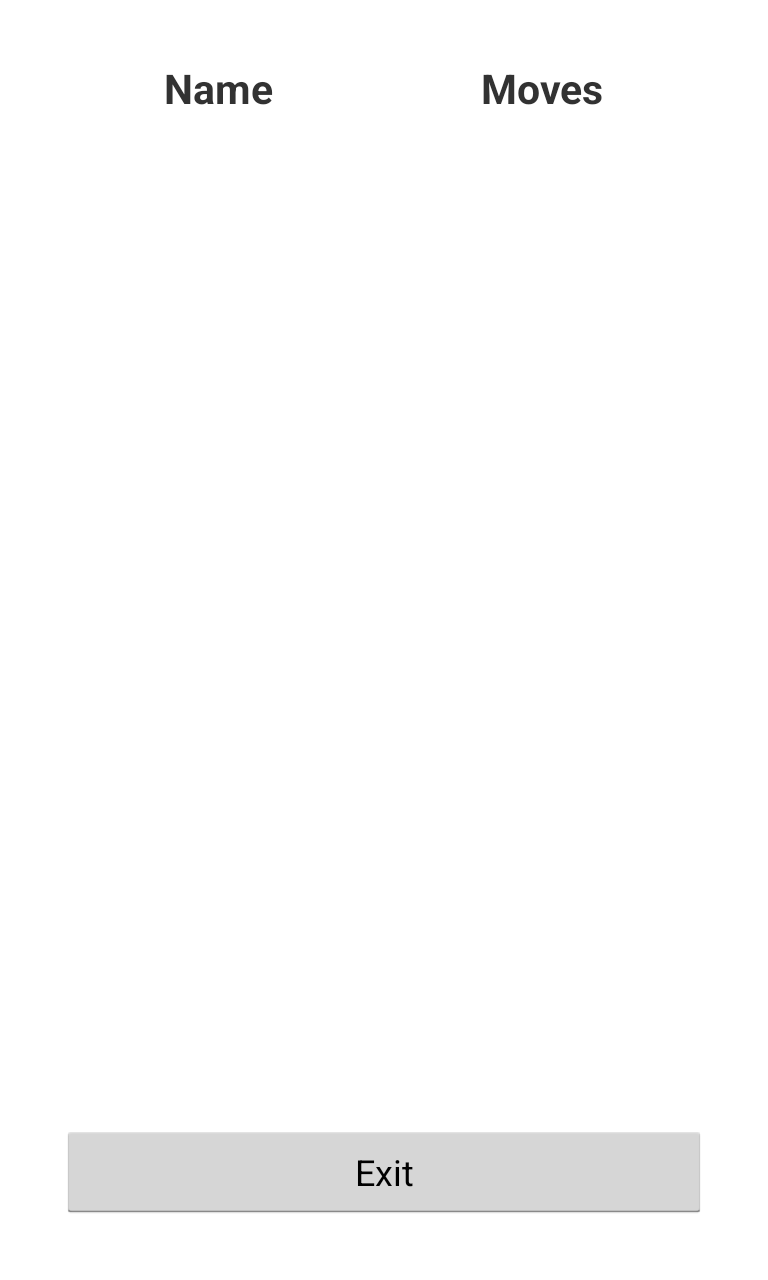
Repository: rickydalziel/project
Layout: Numbersorter/res/layout/activity_leaderboard.xml
The author's editor kept a copy of each file at every save. The layout is drawn from the files as they stood at one save, then again after the next save.
It is drawn on a 768 x 1280 px phone screen (xhdpi) without system bars, with theme AppTheme; the app's code is not run.

Above is the layout before, as saved 2013-03-14 14:12:17.

### Numbersorter/res/layout/activity_leaderboard.xml
<LinearLayout xmlns:android="http://schemas.android.com/apk/res/android"
    xmlns:tools="http://schemas.android.com/tools"
    android:layout_width="match_parent"
    android:layout_height="match_parent"
    tools:context=".LeaderboardActivity"
	android:orientation="vertical"
	android:padding="30dip" >


    <ScrollView
    android:layout_width="fill_parent"
    android:layout_height="fill_parent"
    android:scrollbars="none"
    android:layout_weight="1">
    <TableLayout
        xmlns:android="http://schemas.android.com/apk/res/android"
        android:id="@+id/leaderboard"
        android:layout_width="fill_parent"
        android:layout_height="fill_parent"
        android:stretchColumns="0,1" >

        <TableRow>

            <TextView
                android:id="@+id/name_header"
                android:layout_width="fill_parent"
                android:layout_height="wrap_content"
                android:layout_gravity="center"
                android:text="@string/name"
                android:textSize="20.5sp"
                android:textStyle="bold" />

            <TextView
                android:id="@+id/score_header"
                android:layout_width="fill_parent"
                android:layout_height="wrap_content"
                android:layout_gravity="center"
                android:text="@string/moves"
                android:textSize="20.5sp"
                android:textStyle="bold" />
        </TableRow>
    </TableLayout>
    </ScrollView>

            <Button
            android:id="@+id/leaderboard_exit_button"
            android:layout_width="fill_parent"
            android:layout_height="wrap_content"
            android:layout_gravity="center"
            android:onClick="exitGamePressed"
            android:text="@string/exit_game"

             />

</LinearLayout>

### Numbersorter/res/values/strings.xml
<?xml version="1.0" encoding="utf-8"?>
<resources>

    <!-- Main menu strings -->

    <string name="app_name">Numbersorter</string>
    <string name="main_menu">Main Menu</string>
    <string name="menu_settings">Settings</string>
    <string name="title_activity_main">Number Sorter</string>
    <string name="new_game">New Game</string>
    <string name="continue_game">Continue</string>
    <string name="about">About</string>
    <string name="exit_game">Exit</string>
    <string name="enter">Enter</string>

    <!-- About scree strings -->

    <string name="about_app">About Numbersorter</string>
    <string name="about_text">	    Numbersorter is a program written and desgned by Ricky Dalziel, for his 4th year honours project.
	    The aim of the game is to swipe a mxn grid of numbers into position so that they read from 1 - (m*n).
	</string>
    <string name="hello_world">Hello world!</string>
    <string name="title_activity_about">AboutActivity</string>

    <!-- New game dialog strings -->

    <string name="newgametext">Please select a board width and height</string>
    <string name="height">Height</string>
    <string name="width">Width</string>
    <string name="cancel">Cancel</string>

    <!-- Array options for the dialog box -->

    <string-array name="size_array">
        <item>3</item>
        <item>4</item>
        <item>5</item>
        <item>6</item>
    </string-array>

    <string name="title_activity_game">Game</string>
    <string name="title_activity_unsolve_dialog">Unsolveable?</string>
    <string name="unsolveable">Are you sure this grid is unsolvable? (WARNING -  will end current game)</string>
    <string name="yes">Yes</string>
    <string name="no">No</string>
    <string name="title_activity_unsolve_outcome">UnsolveOutcome</string>
    <string name="title_activity_quit">QuitActivity</string>
    <string name="title_activity_win">WinActivity</string>
    <string name="wintext">Congratulations! You solved the grid! Please enter your name below:</string>
    <string name="enter_name">Enter name</string>


    <string name="title_activity_leaderboard">Leaderboard</string>
    <string name="name">Name</string>
    <string name="moves">Moves</string>

</resources>

Loaded but not shown: Numbersorter/res/values-v11/styles.xml (common file); Numbersorter/res/values-v14/styles.xml (common file); Numbersorter/res/values/styles.xml (common file)

After the next save:
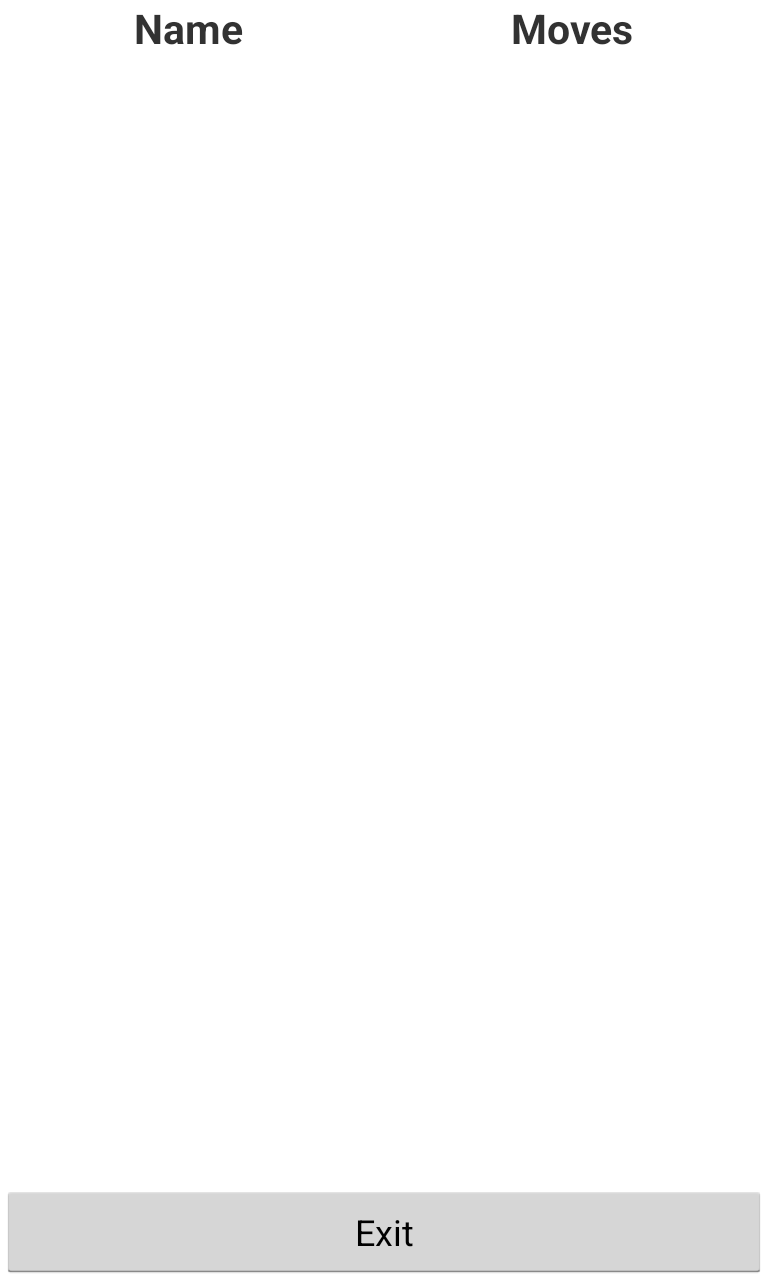
Saved 73 s later.
--- a/Numbersorter/res/layout/activity_leaderboard.xml
+++ b/Numbersorter/res/layout/activity_leaderboard.xml
@@ -3,8 +3,7 @@
     android:layout_width="match_parent"
     android:layout_height="match_parent"
     tools:context=".LeaderboardActivity"
-	android:orientation="vertical"
-	android:padding="30dip" >
+	android:orientation="vertical" >
 
 
     <ScrollView
@@ -49,7 +48,8 @@
             android:layout_gravity="center"
             android:onClick="exitGamePressed"
             android:text="@string/exit_game"
-
+            android:paddingLeft="30dip"
+            android:paddingRight="30dip"
              />
 
 </LinearLayout>
